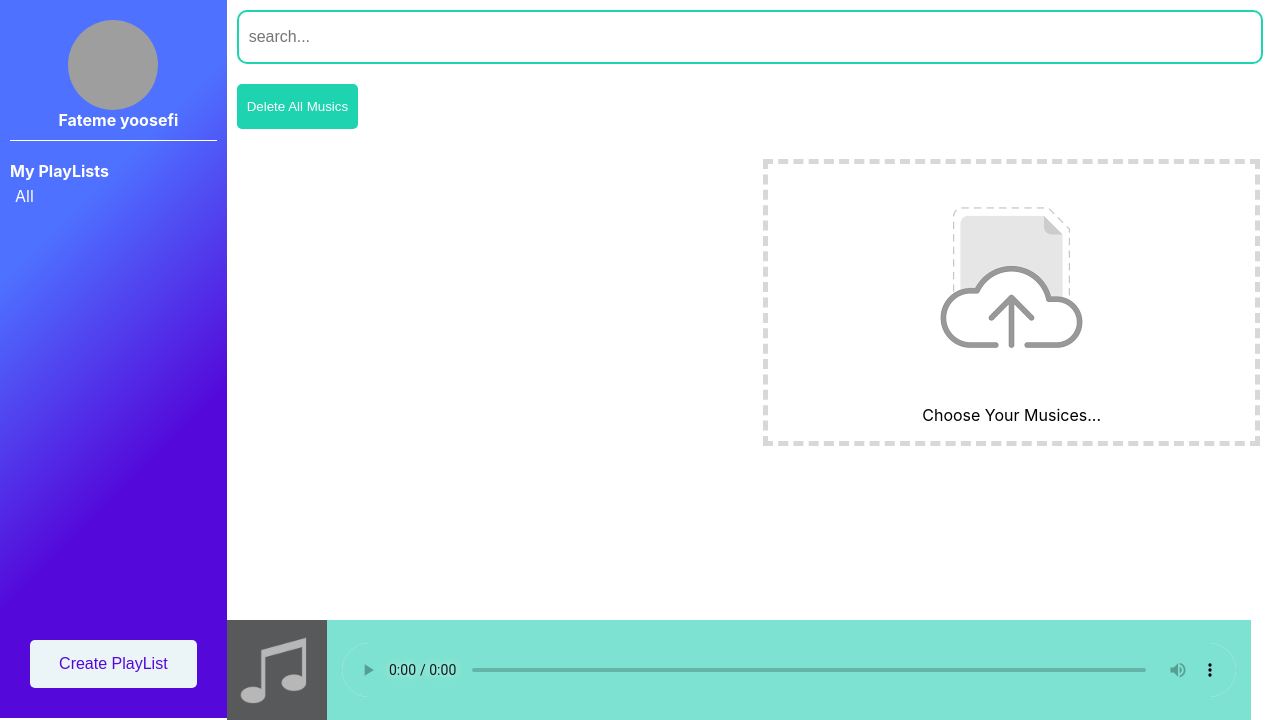
Repository: fateme81yosefi/musicPlayer
Page: /
The author's editor kept a copy of each file at every save. The page is drawn from the files as they stood at one save, then again after the next save.
The browser window is 1280 px wide. The pictures show the whole page.
Pictures or frames that could not be fetched are drawn as grey boxes. The project was rebuilt for these pictures with package versions that can differ from the ones it lists, and the page was loaded fresh each time.

Above is the page before, as saved 2025-06-28 14:04:55.

After the next save:
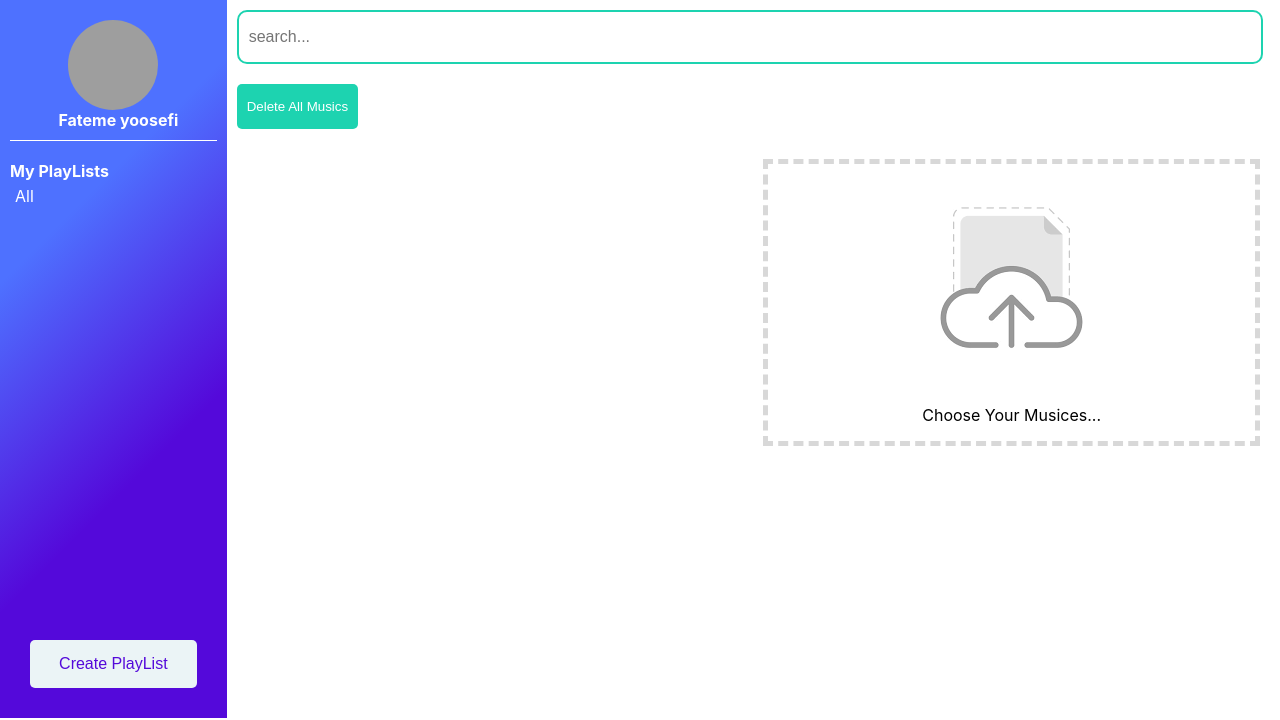
Saved 81 s later.
--- a/src/Components/MainPage/MainPage.js
+++ b/src/Components/MainPage/MainPage.js
@@ -71,13 +71,13 @@
                 <input className='inputSearch' placeholder="search..." onChange={(e) => setSearchQuery(e.target.value)}
                 />
                 <FileUploader handlePlay={handlePlay} query={searchQuery} selectedCategory={selectedCategory} />
-                <div className="currentlyPlay">
+                {/* <div className="currentlyPlay">
                     <img src="/song_cover.png" alt="کاور آهنگ" />
                     <div className="containName">
                         <span className="musicName">{currentMusic.name}</span>
                         <audio id="player" src={currentMusic.data} controls ></audio>
                     </div>
-                </div>
+                </div> */}
 
             </div>
         </div>

After the save that followed:
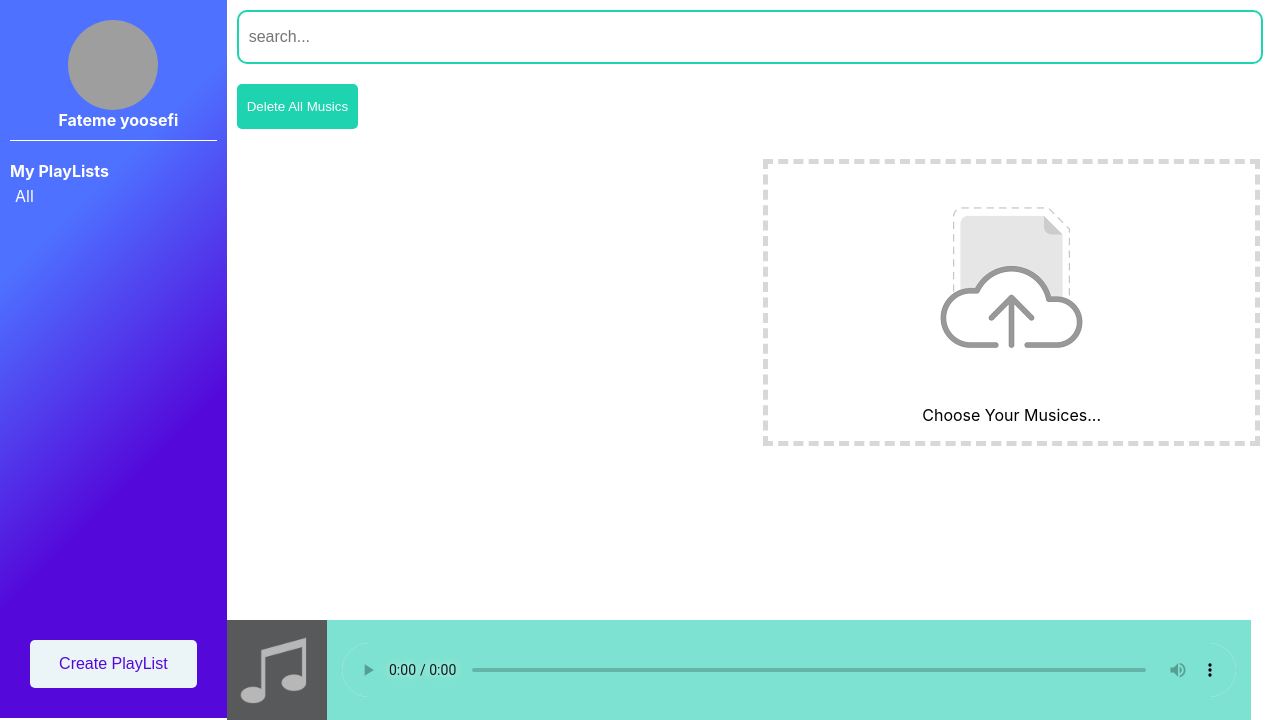
Saved 9 s later.
--- a/src/Components/MainPage/MainPage.js
+++ b/src/Components/MainPage/MainPage.js
@@ -71,13 +71,13 @@
                 <input className='inputSearch' placeholder="search..." onChange={(e) => setSearchQuery(e.target.value)}
                 />
                 <FileUploader handlePlay={handlePlay} query={searchQuery} selectedCategory={selectedCategory} />
-                {/* <div className="currentlyPlay">
+                <div className="currentlyPlay">
                     <img src="/song_cover.png" alt="کاور آهنگ" />
                     <div className="containName">
                         <span className="musicName">{currentMusic.name}</span>
                         <audio id="player" src={currentMusic.data} controls ></audio>
                     </div>
-                </div> */}
+                </div>
 
             </div>
         </div>
